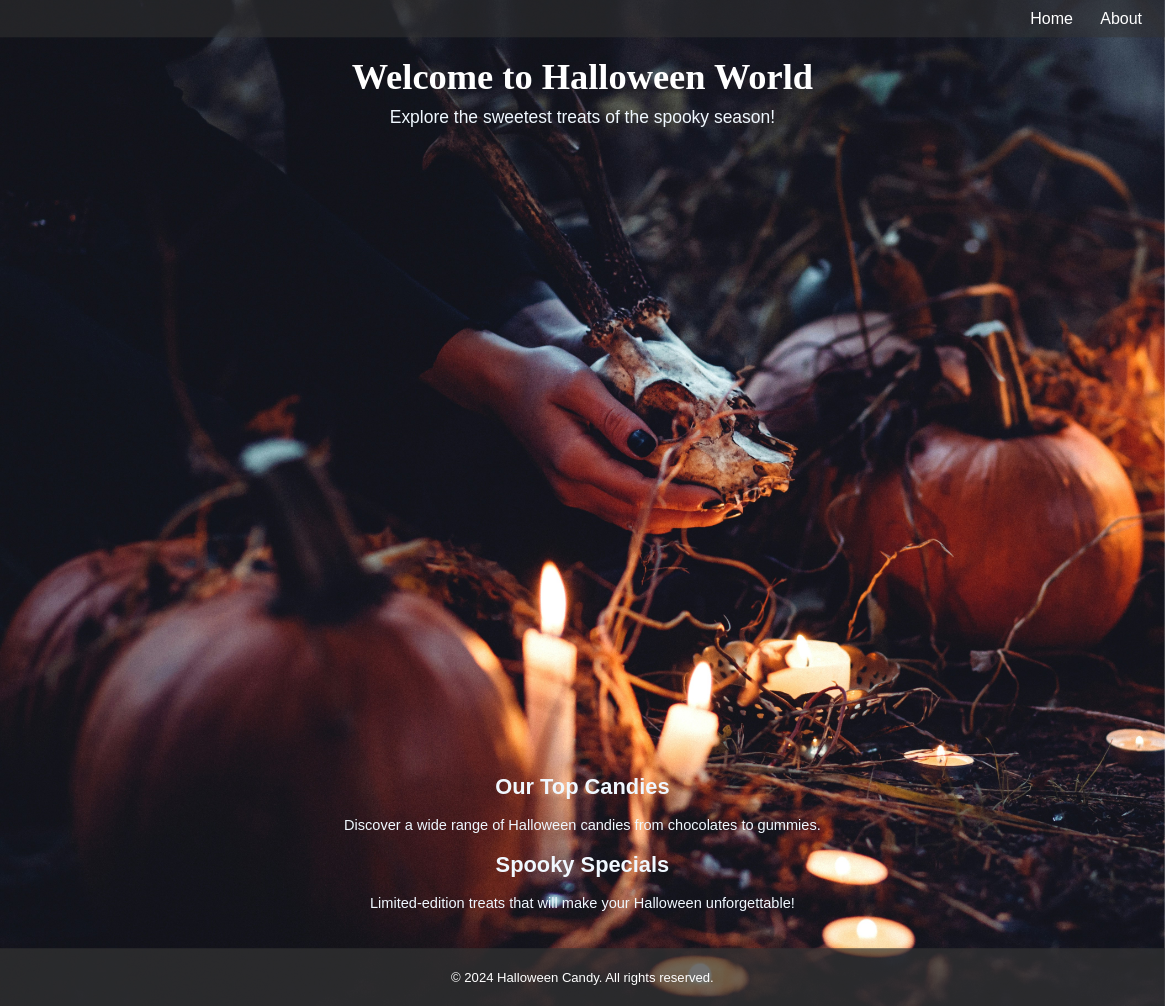
Repository: monicaifijeh/test2
Page: kyportfolio/src/indexHallo.html
These files come from the project's save history. The page is drawn as it stood at one moment and after the next save; the edit follows.
The browser window is 1280 px wide. The pictures show the whole page, at 91% of full size.

Above is the page before, as saved 2024-12-20 17:52:46.

### kyportfolio/src/indexHallo.html
<!DOCTYPE html>
<html lang="en">
  <head>
    <meta charset="UTF-8" />
    <meta name="viewport" content="width=device-width, initial-scale=1.0" />
    <title>Halloween Candy</title>
    <link rel="stylesheet" href="kystyle.css" />
  </head>
  <body>
    <nav>
      <ul>
        <li><a href="indexHallo.html">Home</a></li>
        <li><a href="aboutHallo.html">About</a></li>
      </ul>
    </nav>
    <header>
      <h1>Welcome to Halloween World</h1>
      <p>Explore the sweetest treats of the spooky season!</p>
    </header>
    <main>
      <section class="intro">
        <h2>Our Top Candies</h2>
        <p>
          Discover a wide range of Halloween candies from chocolates to gummies.
        </p>
      </section>
      <section class="intro">
        <h2>Spooky Specials</h2>
        <p>
          Limited-edition treats that will make your Halloween unforgettable!
        </p>
      </section>
    </main>
    <footer>
      <p>&copy; 2024 Halloween Candy. All rights reserved.</p>
    </footer>
  </body>
</html>

### kyportfolio/src/kystyle.css
body {
    font-family: Arial, sans-serif;
    margin: 0;
    padding: 0;
background-image: url("/kyportfolio/images/freestocks-twVS-YjQn9Y-unsplash.jpg");
background-repeat: no-repeat;
background-size: cover;
}

header {
    text-align: center;
    padding: 20px;

}

header h1 {
    margin: 0;
    font-size: 2.5rem;
   color: #fff;
   font-family: fantasy;
}
.intro{
    color: aliceblue;
    text-align: center;
}

header p {
    color: aliceblue;
    margin: 10px 0;
    font-size: 1.2rem;
}

nav ul {
    display: flex;
    justify-content: right;
    list-style: none;
    padding: 10px;
    background-color: #3333338a;
    margin: 0;
    position: sticky;
}

nav ul li {
    margin: 0 15px;
}

nav ul li a {
    text-decoration: none;
    color: #fff;
    font-size: 1.1rem;
}

nav ul li a:hover {
    text-decoration: underline;
}

main {
    padding: 20px;
    box-sizing: border-box;
    display: block;
    margin-top: 50%;
}

section {
    margin-bottom: 20px;
}

footer {
    position:relative;
    text-align: center;
    padding: 10px;
    background-color: #333333b4;
    color: #fff;
    font-size: 0.9rem;

}

After the next save:
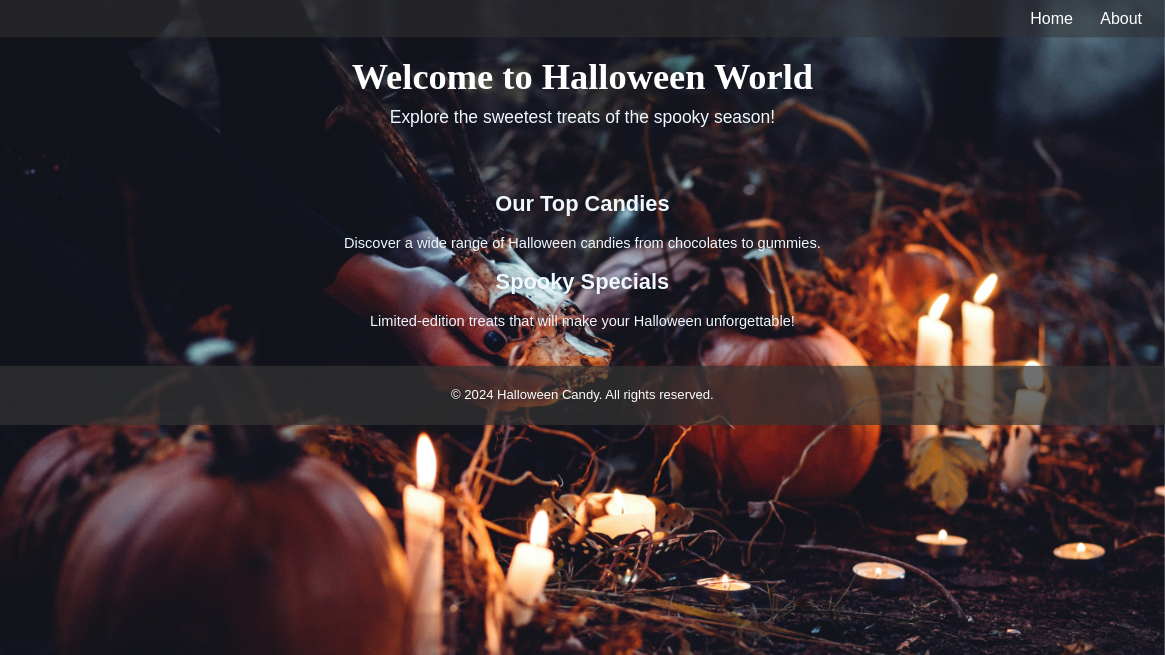
Saved 19 s later.
--- a/kyportfolio/src/kystyle.css
+++ b/kyportfolio/src/kystyle.css
@@ -58,7 +58,7 @@ main {
     padding: 20px;
     box-sizing: border-box;
     display: block;
-    margin-top: 50%;
+
 }
 
 section {
